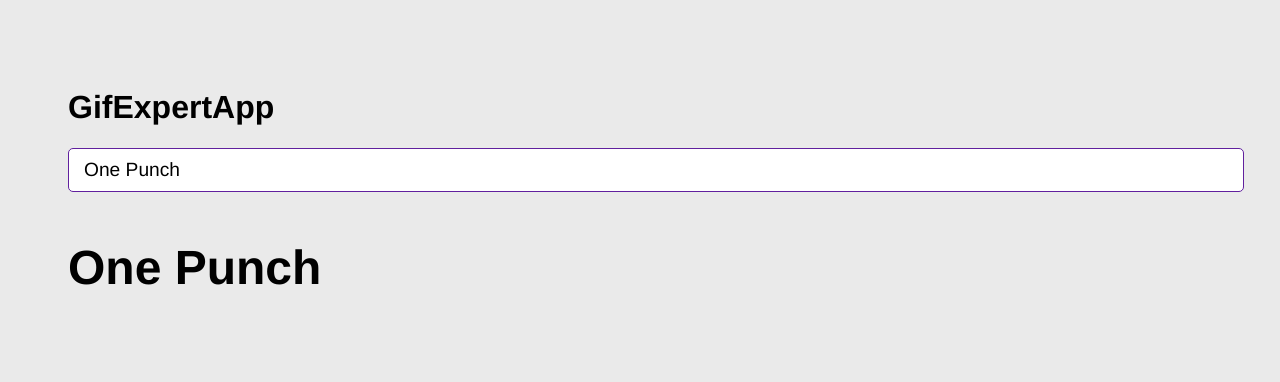
Repository: bryanesteban/gif-expert-app
Page: /
An editor plug-in stored every save of this project. The page is shown before and after the next save, followed by the edit.
The browser window is 1280 px wide. The pictures show the whole page.
The page's requests for data from a server got no answer. The project was rebuilt for these pictures with package versions that can differ from the ones it lists, and the page was loaded fresh each time. No one was signed in, and anything a server would have sent is missing. Also part of the build but not shown: vite.config.js, src/components/GifGridItem.jsx.

Above is the page before, as saved 2024-06-17 15:36:47.

After the next save:
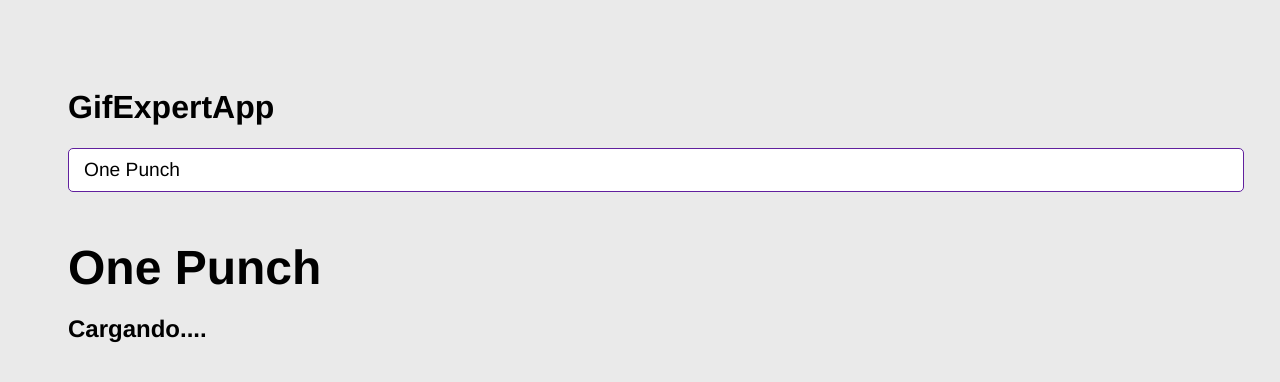
Saved 5 min 33 s later.
--- a/src/components/GifGrid.jsx
+++ b/src/components/GifGrid.jsx
@@ -11,6 +11,7 @@ export const GifGrid = ( { category } ) => {
     return (
         <>
             <h3> { category } </h3>
+            <h2> Cargando....</h2>
             <div className='card-grid'>
            {
                 images.map(  ( image) => (
